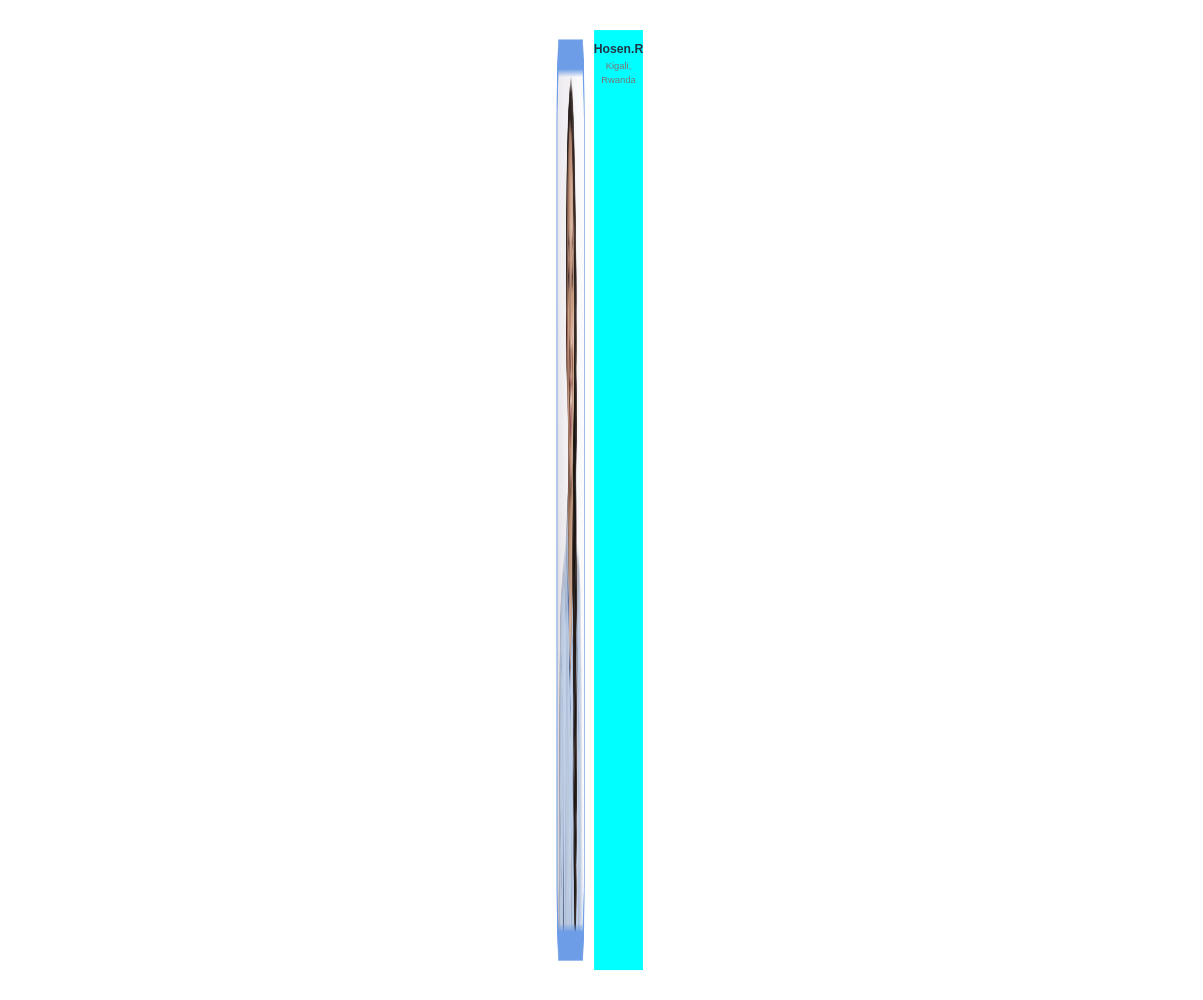
Repository: Auda-frontend/Kenshikeza
Page: /
These files come from the project's save history. The page is drawn as it stood at one moment and after the next save; the edit follows.
The browser window is 1280 px wide. The pictures show the whole page, at 94% of full size.
The project was rebuilt for these pictures with package versions that can differ from the ones it lists, and the page was loaded fresh each time. Also part of the build but not shown: vite.config.js.

Above is the page before, as saved 2024-01-24 22:46:54.

After the next save:
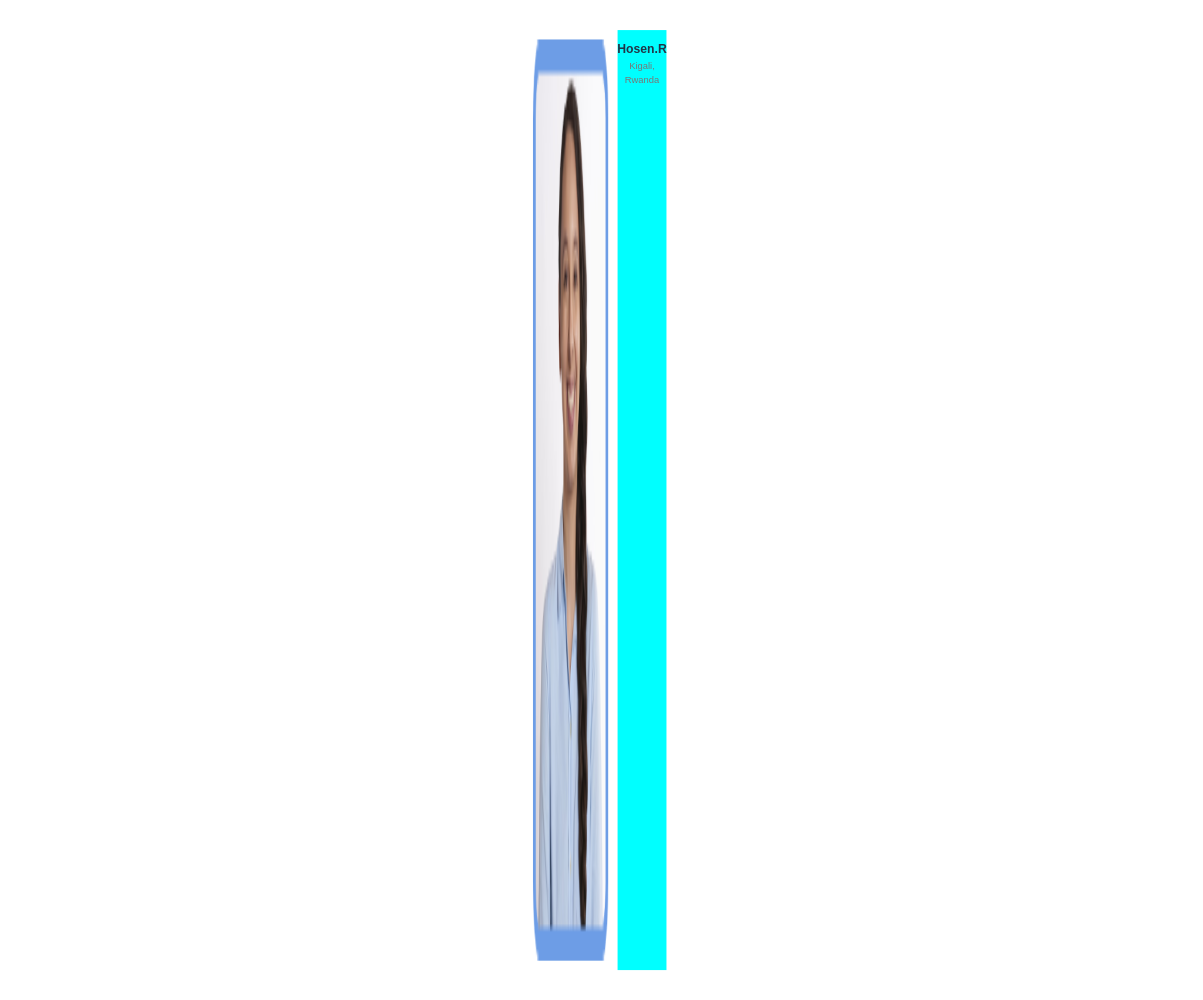
Saved 5 s later.
--- a/src/Components/SideBar.css
+++ b/src/Components/SideBar.css
@@ -14,7 +14,7 @@
 }
 .leftSide .profilePhoto{
     float: left;
-    width: 50px;
+    width: 100px;
     height: 1000px;
     padding: 10px;
 }
